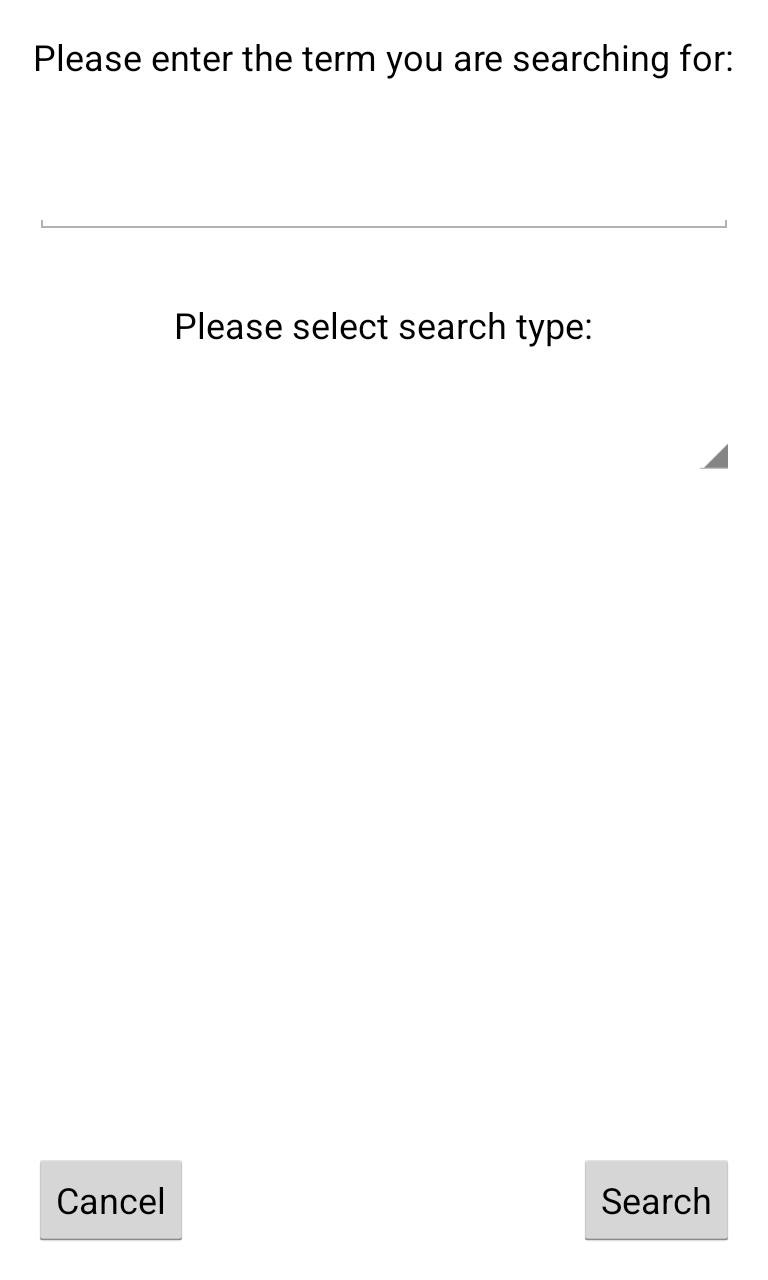
Repository: seth-skocelas/PHMS
Layout: PHMS/res/layout/activity_search.xml
The author's editor kept a copy of each file at every save. The layout is drawn from the files as they stood at one save, then again after the next save.
It is drawn on a 768 x 1280 px phone screen (xhdpi) without system bars, with theme AppTheme; the app's code is not run.

Above is the layout before, as saved 2014-04-07 04:57:15.

After the next save:
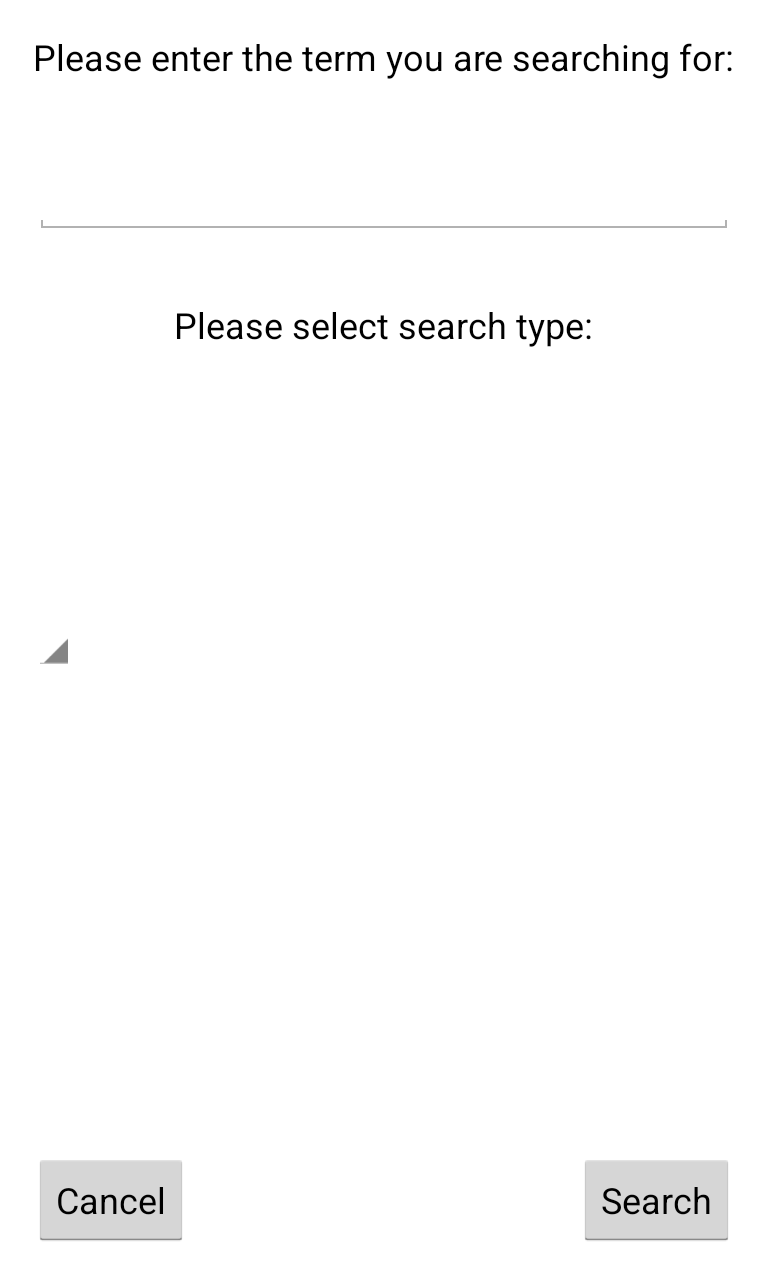
Saved 107 s later.
--- a/PHMS/res/layout/activity_search.xml
+++ b/PHMS/res/layout/activity_search.xml
@@ -57,8 +57,7 @@
         android:id="@+id/spinner1"
         android:layout_width="wrap_content"
         android:layout_height="wrap_content"
-        android:layout_alignParentRight="true"
-        android:layout_below="@+id/textView2"
-        android:layout_marginTop="32dp" />
+        android:layout_alignCenter="@+id/editText1"
+        android:layout_centerVertical="true" />
 
 </RelativeLayout>
